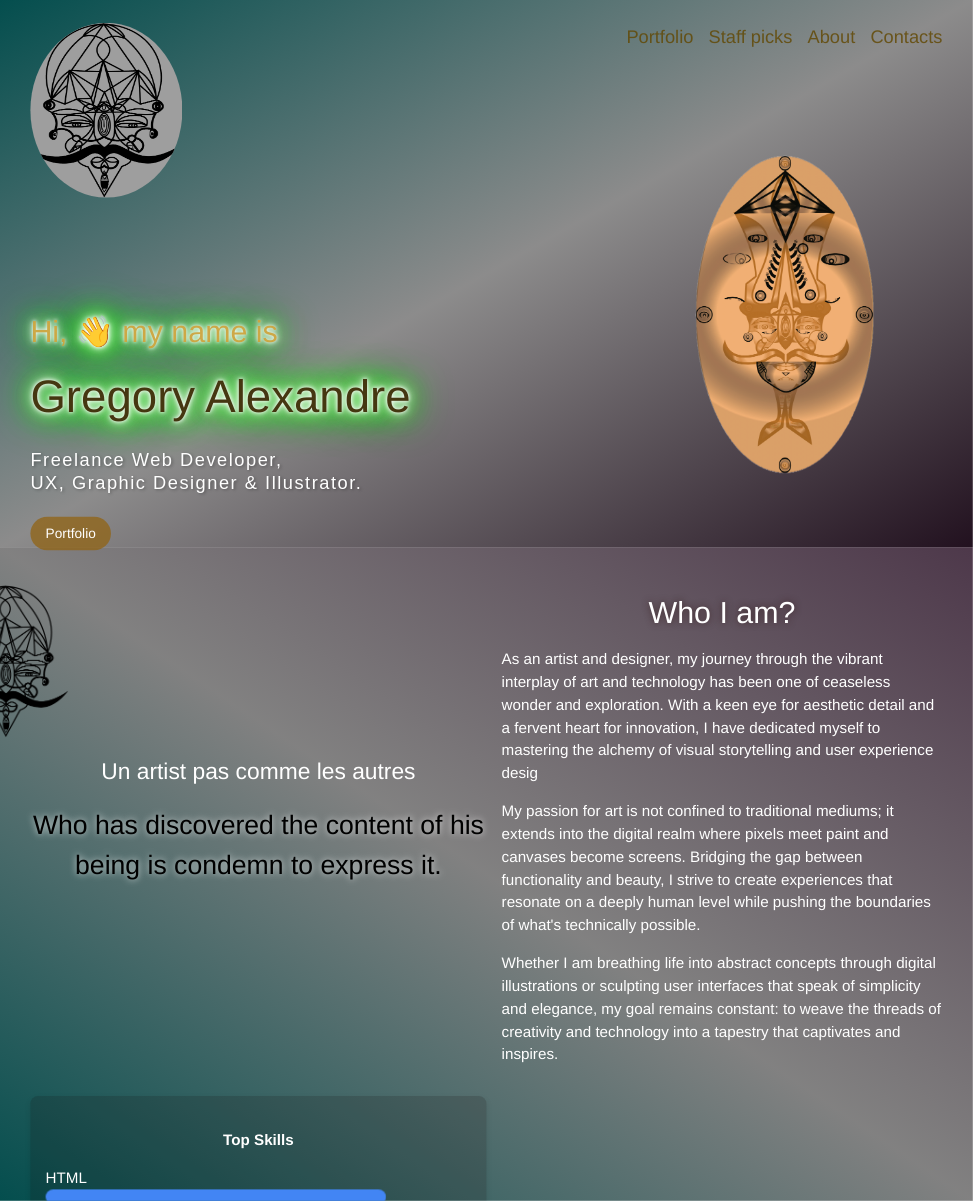
Repository: al-XLeMEsTRE/al-XLeMEsTRE
Page: index.html
An editor plug-in stored every save of this project. The page is shown before and after the next save, followed by the edit.
The browser window is 1280 px wide. The pictures show the part of the page from y = 0 to 1580 px (the page is 3232 px tall), at 76% of full size.
Pictures or frames that could not be fetched are drawn as grey boxes.

Above is the page before, as saved 2023-11-23 20:09:44.

After the next save:
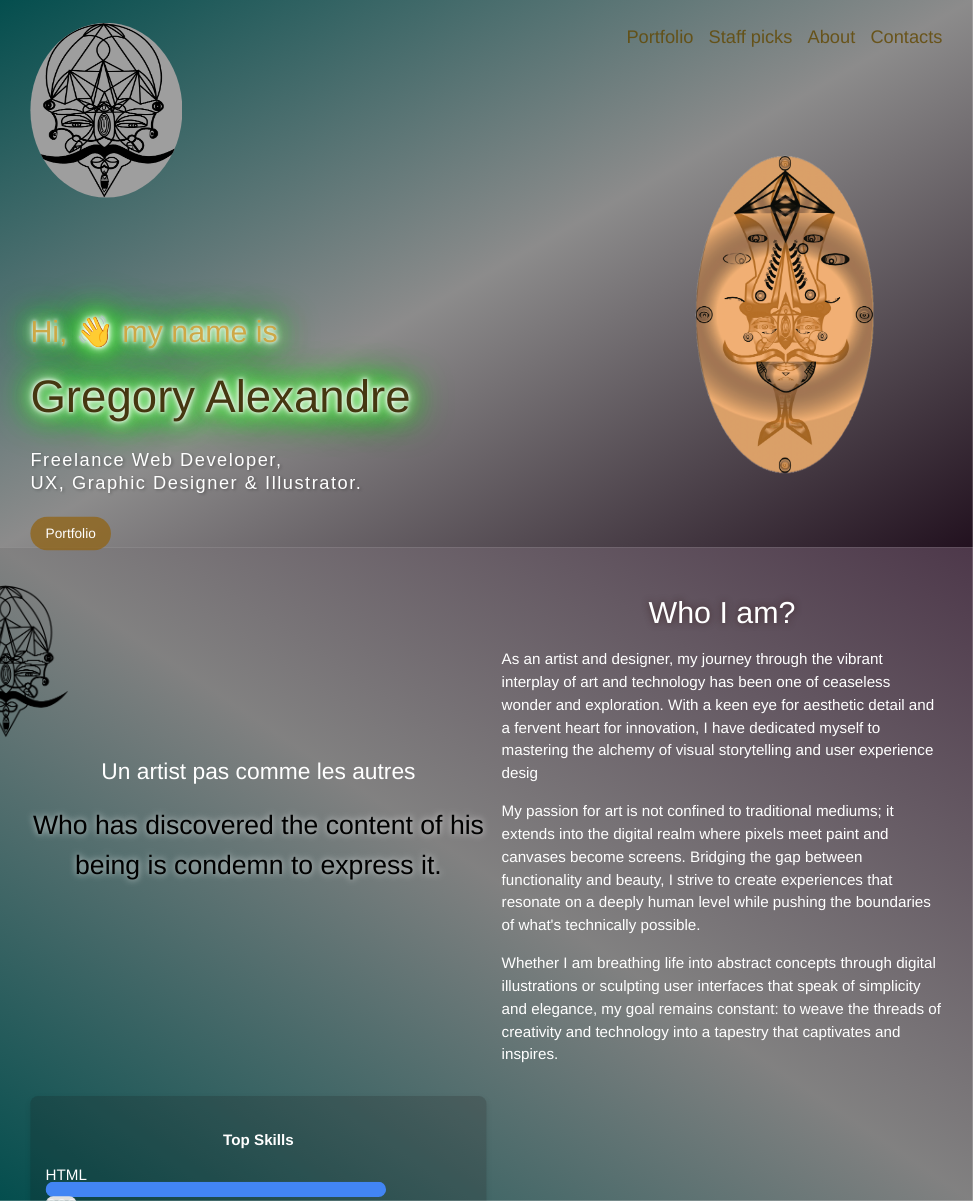
Saved 44 s later.
--- a/style/styles.css
+++ b/style/styles.css
@@ -344,13 +344,7 @@
 }
 
 .skill__title {
-  font-size: 20px;
-  line-height: 30px;
-  font-weight: 500;
-  margin-bottom: 20px;
-  animation: bounce 0.5s infinite;
-  margin-bottom: 10px; /* Adjust as needed */
-  margin-top: 40px;
+
 }
 
 
